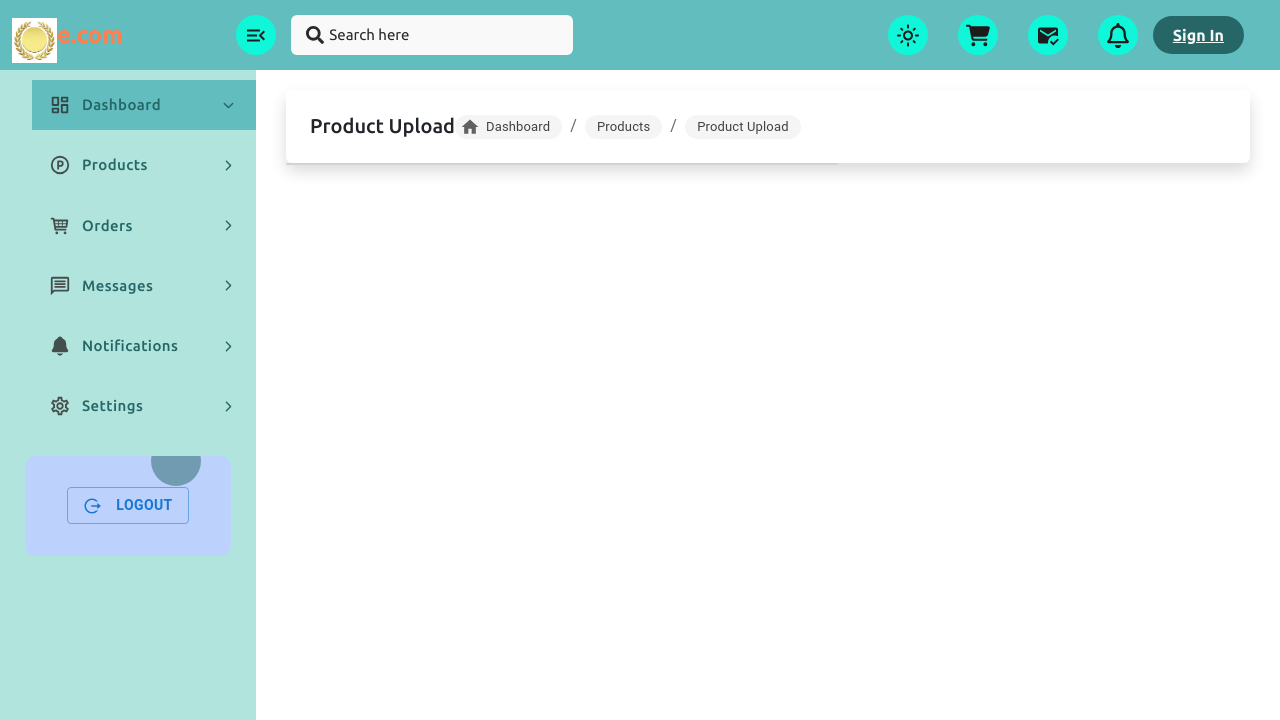
Repository: gautamsonam011/admin-react-dashboard
Page: /product/upload
An editor plug-in stored every save of this project. The page is shown before and after the next save, followed by the edit.
The browser window is 1280 px wide. The pictures show the whole page.
The project was rebuilt for these pictures with package versions that can differ from the ones it lists, and the page was loaded fresh each time. Also part of the build but not shown: src/components/DashboardBox.jsx, src/pages/Dashboard/Dashboard.jsx, src/pages/Login/index.jsx, src/pages/SignUp/index.jsx, src/pages/ProductDetails/index.jsx.

Above is the page before, as saved 2025-04-29 22:45:42.

### src/App.css
@import url('https://fonts.googleapis.com/css2?family=Ubuntu:ital,wght@0,300;0,400;0,500;0,700;1,300;1,400;1,500;1,700&display=swap');

body{
  font-family: "Ubuntu", sans-serif !important;
  background-color: #f4f8f7;

}
body.dark{background: #071739 !important;}

header{
  width:100%;
  height: 70px;
  background-color:#62bebe;
  position: fixed;
  top:0px;
  left:0px;
  z-index: 1000;
}
header .logo{
  text-decoration: none;
}
header .logo img{
  margin-top: 10px;
  width:45px;

}

header .logo span{
color: coral;
font-weight: bolder;
font-size: 24px;
}
body.dark header{background:#112143;}

header button.rounded-circle{min-width:40px !important; width:40px !important; height: 40px !important; background-color:#0ff7d8 !important; margin: 15px;}
header button.rounded-circle svg{color:rgb(29, 27, 27); font-size: 25px !important; transition: all 0.2s ease-in-out;}
header button.rounded-circle:hover svg{color: #2585d4 !important;}
.searchBox{width:400px; height: 40px; background-color:#faf9f9; border-radius: 6px;padding: 3px 15px;}
.searchBox input{background: transparent;border:0px; outline:none; padding-left: 5px; font-size: 15px; color:#292929}
.searchBox input::-webkit-input-placeholder{color:#292929}
.searchBox svg{font-size: 18px; color:#292929 ;}
body.dark .searchBox{background: #0d224e !important;}
body.dark .searchBox input, body.dark .searchBox input::-webkit-input-placeholder{color: #c9c0c0 !important;}
body.dark header .logo span{color:#fff !important; opacity: 0.8;}

.userImg{display: flex; align-items:center; justify-content: center; overflow: hidden; width:40px; height: 40px; border:1px solid #0ff7d8; padding: 2px; border-radius: 100%;}
.userImg .rounded-circle{display: flex; align-items:center; justify-content: center; overflow: hidden; width: 40px; height: 40px; cursor: pointer; position: relative;}
.userImg .rounded-circle .img{object-fit: cover; width: 100%;}
.userInfo{padding-left: 10px;}
.userInfo h5{font-size: 15px; font-weight: 600; margin-bottom:0px; color: #266666;}

body.dark .myAccount .userInfo *{color: rgba(255, 255, 255, 0.8) !important;}
body.dark .MuiPaper-elevation{background: #12254e !important;}
body.dark .MuiPaper-elevation li *{color: rgba(255, 255, 255, 0.8) !important;}
body.dark .dropdown_list li.MuiButtonBase-root{background-color: #12254e !important; background: #12254e !important;}
body.dark .orders{color: rgba(255, 255, 255, 0.8) !important;}
body.dark #account-menu{color: rgba(255, 255, 255, 0.8) !important;}
body.dark .main .sidebarWrapper .sidebar{background: #112143 !important;}
body.dark .main .sidebarWrapper .sidebar ul li button{color:rgba(255, 255, 255, 0.8) !important}
body.dark .main .sidebarWrapper .sidebar ul li button .icon svg{color:rgba(255, 255, 255, 0.8) !important;}
body.dark .main .sidebar ul li button:hover{background: rgba(255, 255, 255, 0.8) !important;}
#account-menu li{font-size: 14px !important;}
#account-menu li svg{font-size: 20px !important}

.dropdown-info{padding-left: 6px;}
.dropdown-info h4{font-size: 15px; font-weight:600;margin-top: 2px; white-space: break-space; line-height: 21px;}
.dropdown-info p{font-size: 10px; color: #2585d4;}

body.dark header button.rounded-circle{background: #12254e !important;}
body.dark header button.rounded-circle svg{color:#fff !important;}
/* Style for sidebar  */

.main .sidebarWrapper{width: 20%; flex: 0 0 20%; transition: all 0.3s ease-in-out;}
.main .sidebarWrapper.toggle{width: 0%; flex: 0 0 0%;}
.btn-signin{padding: 7px 20px !important; background:#266666 !important; color: #f4f8f7 !important; font-weight: bold !important; border-radius:20px !important;}
.main .sidebarWrapper .sidebar{width:20%; height: 100vh; max-height: calc(100%-70px); position:fixed; top: 70px; left:0px; background:#b1e4dd; overflow-y: scroll; overflow-x: hidden; padding-bottom: 40px; transition: all 0.3s ease-in-out;}
.main .sidebarWrapper.toggle .sidebar{left:-100%;}

.main .sidebarWrapper .sidebar::-webkit-scrollbar-thumb{background: transparent !important; width:3px;}
.main .sidebarWrapper:hover .sidebar::-webkit-scrollbar{ background:#2585d4; width:3px;}
.main .sidebarWrapper .sidebar ul{margin-bottom:0px;}
.main .sidebarWrapper .sidebar ul li{list-style: none; margin-top:10px;}
.main .sidebarWrapper .sidebar ul li button{color:#266666; text-align: left; justify-content: left; border-radius:0px !important; padding: 12px 15px !important;
  align-items: center; text-transform: capitalize !important;font-family: "Ubuntu", sans-serif !important;
  margin-left: 0px; font-size: 15px !important;
}
.main .sidebarWrapper .sidebar ul li button .icon{display: flex; align-items:center; justify-content: center; width:25px; height:25px; margin-right: 10px;}
.main .sidebarWrapper .sidebar ul li button .icon svg{color:#292929; opacity: 0.8; font-size: 22px;}
.main .sidebarWrapper .sidebar ul li button .arrow{margin-left: auto; display: flex; align-items: center; justify-content: center; width: 25px; transition: all 0.3s ease-in-out}
.main .sidebarWrapper .sidebar ul li button:hover{background:#62bebe !important;}
.main .sidebarWrapper .sidebar ul li button.active{background: #62bebe !important;}
.main .sidebarWrapper .sidebar ul li button.active .arrow{transform: rotate(90deg);}

.main .sidebarWrapper .sidebar ul .submenu{padding: 0px 45px; position:relative; height:auto;}
.main .sidebarWrapper .sidebar ul .submenu::before{content:''; width:1px; height: 95%; position: absolute; top:0px; left:25px; background:rgba(0, 0, 0, 0.1);}
body.dark .main .sidebarWrapper .sidebar ul .submenu::before{color:rgba(255, 255, 255, 0.2) !important}

.main .sidebarWrapper .sidebar ul .submenu li{width:100%; list-style: none;}
.main .sidebarWrapper .sidebar ul .submenu li a{color:#266666 !important; text-decoration: none; font-family: "Ubuntu", sans-serif !important;
display: block; padding: 6px 0px; font-size: 14px !important; font-weight: 500; transition:all 0.3s}
.main .sidebarWrapper .sidebar ul .submenu li a:hover{color:#2585d4 !important;}
body.dark .main .sidebarWrapper .sidebar ul .submenu li a:hover{color:#2585d4 !important;}
body.dark .main .sidebarWrapper .sidebar ul .submenu li a{color: rgba(255, 255, 255, 0.8) !important;}
.main .sidebarWrapper .sidebar ul .submenuWrapper{transition:all 0.3s ease-in-out; height: 0px; overflow: hidden; }
.main .sidebarWrapper .sidebar ul .submenuWrapper.colapsed .submenu{opacity:0;}

.main .sidebarWrapper .sidebar ul .submenuWrapper.colapse{height:auto; overflow: inherit;}
.main .sidebarWrapper .sidebar ul .submenuWrapper.colapse .submenu{opacity:1; height:auto;}

.logoutWrapper{padding: 0px 25px;}
.logoutWrapper .logoutBox{width:100%; height:100px; padding: 25px; background:#bcd2fd; border-radius:10px; margin-bottom:20px; display:flex; align-items: center; justify-content: center;
position:relative; overflow:hidden;}
.logoutWrapper .logoutBox::before{content:''; width:50px; height:50px; background:#266666; border-radius: 100%; position:absolute; top: -20px; right: 30px; opacity:0.5}
.logoutWrapper .logoutBox::after{content:''; width:30px; height:30px; background:#266666; border-radius: 100%; position:absolute; top: -30px; left: 30px; opacity:0.5}
.logoutWrapper .logoutBox button{font-size:14px !important; font-weight: 600 !important; }
.logoutWrapper .logoutBox button svg{margin-right: 15px; font-size:18px;}

body.dark .logoutWrapper .logoutBox{background-image: linear-gradient(#183e8c, #163474) !important; background: transparent;}

.main .content{width:80%; flex: 0 0 80%; transition: all 0.3s ease-in-out;}
.main .content.toggle{width:100%; flex: 0 0 100%;}

.dashboardBoxWrapperRow{margin-left: 20%;}
.right-content{padding: 90px 30px;}
.dashboardBoxWrapper{gap: 15px; width:100%; flex-wrap: wrap;}
.dashboardBoxWrapper .dashboardBox{width:48%; height: 170px; border-radius:10px; overflow: hidden; padding:20px; display: flex; flex-direction: column; justify-content: space-around; text-align: left !important; justify-content: flex-start;}
.dashboardBoxWrapperRow .box{width:100%; height: 100%; background:#0ff7d8;}

.dashboardBoxWrapper .dashboardBox .col1 h4{font-size: 20px; font-weight: 600;}
.dashboardBoxWrapper .dashboardBox .col1 span{font-size: 40px; font-weight: bold;}
.dashboardBoxWrapper .dashboardBox .icon { margin-left: 180px; display: flex; align-items:center; justify-content: center; width:45px; height: 45px; border-radius:5px; background-image: linear-gradient(to bottom right, rgba(0, 0, 0, 0), rgba(0, 0, 0, 0.2));}
.dashboardBoxWrapper .dashboardBox .icon svg{font-size: 45px; opacity: 0.1; color:#f4f8f7}

.dashboardBoxWrapper .dashboardBox button.toggleIcon {font-size: 22px; color:rgba(0,0,0,0.5); cursor: pointer; min-width: 40px !important; width: 40px !important; height: 40px !important; border-radius: 50% !important; margin-left: 170px; border-right: none; opacity: 0.3;}

.dashboardBoxWrapperRow .dashboardBoxWrapper .dashboardBox .chart{position:absolute; opacity: 0.1;}
.dashboardBoxWrapperRow .dashboardBoxWrapper .dashboardBox .chart svg{font-size: 150px; color: #000;}

/*  style for Login page */

.loginSection{
  width: 100%; height: 120hv; padding: 35px 25px;
  background:#f4f8f7; position: relative;
}
.loginbgimage{width:100%; height: 100%; opacity: 0.4; position: fixed; top: 0; left: 0; z-index: 99; pointer-events: none;}
.loginSection .loginBox{width: 400px; height: auto; margin: auto;}
.loginSection .loginBox .wrapper{width:100%; height: auto; background: #98becf;}
.full{max-width: 100% !important; flex: 0 0 100% !important; width: 100% !important;}
.loginSection .loginBox .wrapper .form-control{box-shadow: none !important; outline: none !important; padding-left: 40px;}
.loginSection .loginBox .wrapper .form-control:focus{border: 1px solid #0858f7 !important;}
.loginSection .loginBox .wrapper .form-group .icon{position: absolute; top: 6px; left: 15px; z-index: 100;}
.loginSection .loginBox .wrapper .form-group.focus .icon svg{color:#0858f7 !important;}
.loginSection .loginBox .wrapper .form-group .icon svg{color:#5e5d72;}
.toggleShowPassword{position: absolute; top: 5px; right: 10px; cursor: pointer;}
.toggleShowPassword svg{font-size: 22px;}
.btn-big{padding: 8px 25px !important; background:#0858f7 !important; color:#b1e4dd !important; font-size: 16px !important;}
.forgotPassword{color: #5e5d72; text-decoration: none;}
.forgotPassword:hover{color:#0858f7 !important;}
.loginSection .loginBox .wrapper .link{font-size: 14px;}
.loginSection .loginBox .wrapper .or span.line{display: block; width: 35%; height: 1px; background: rgba(0, 0, 0, 0.2);}
.loginSection .loginBox .wrapper .or span.txt{display: flex; align-items: center; justify-content: center; font-size: 16px; font-weight: 600; width: 50px; height: 50px; border: 1px solid rgba(0, 0, 0, 0.2); border-radius: 50%;}
.loginSection .loginBox .wrapper .form-group{margin-bottom: 12px;}
.loginwithGoogle{text-transform: capitalize !important; font-weight: bold !important;}
/* Registration Form */
.signupSection{background: #f1f1f1 !important; padding: 0px 0px; height: auto !important;}
.signupSection .loginBox{background: #f0f0f0 !important; position:relative; z-index: 100; width:100% !important; padding: 5px 25px !important;}
.signupSection .loginBox .wrapper{border: 0px !important; background: transparent !important; padding-top: 10px !important;}
.signupSection .part1{padding-left: 100px; margin-top: 150px !important; padding-right: 100px; }

h1, h2, h3, h4, h5, h6, p{color:#403e57;}
.signupSection .part1 h1{font-size: 40px; font-weight: bolder;}
.signupSection .part1 p{ font-size: 18px; font-weight: 600;}

### src/components/Sidebar/index.jsx
import Button from '@mui/material/Button';
import { RiDashboardLine } from "react-icons/ri";
import { IoIosArrowForward } from "react-icons/io";
import { TbBrandProducthunt } from "react-icons/tb";
import { TiShoppingCart } from "react-icons/ti";
import { MdOutlineMessage } from "react-icons/md";
import { IoNotifications } from "react-icons/io5";
import { MdOutlineSettings } from "react-icons/md";
import { Link } from 'react-router-dom';
import React, { useState} from "react";
import { RiLogoutCircleRLine } from "react-icons/ri";
// import { MyContext } from '../../App';

const Sidebar = () =>{
    const [activeTab, setActiveTab] = useState(0);
    const [isToggleSubmenu, setIsToggleSubmenu] = useState(false);

    // const context = useContext(MyContext);

    const isOpenSubmenu = (index) =>{
        setActiveTab(index);
        setIsToggleSubmenu(!isToggleSubmenu);


    }

    return(
        <div className="sidebar">
            <ul>
                <li>
                    <Link to="/">
                    <Button className={`w-100 ${activeTab === 0 ? 'active' : ''}`} onClick={()=>isOpenSubmenu(0)}>
                        <span className='icon'><RiDashboardLine/></span>
                        Dashboard
                        <span className="arrow"><IoIosArrowForward/></span>
                    </Button>
                    </Link>
                </li>
                <li>
                    <Button className={`w-100 ${activeTab === 1 && isToggleSubmenu===true ?  'active' : ''}`} onClick={()=>isOpenSubmenu(1)}>
                        <span className='icon'><TbBrandProducthunt/></span>
                        Products
                        <span className="arrow"><IoIosArrowForward/></span>
                    </Button>
                    <div className={`submenuWrapper ${activeTab===1 && isToggleSubmenu===true ? 'colapse':'colapsed'}`}>
                    <ul className='submenu'>
                        <li><Link to="/product/upload">Product Add</Link></li>
                        <li><Link to="#">Product List</Link></li>
                        <li><Link to="#">Product View</Link></li>
                    </ul>
                    </div>
                </li>
                <li>
                    <Link to="/">
                    <Button className={`w-100 ${activeTab === 2 ? 'active' : ''}`} onClick={()=>isOpenSubmenu(2)}>
                        <span className='icon'><TiShoppingCart/></span>
                        Orders
                        <span className="arrow"><IoIosArrowForward/></span>
                    </Button>
                    </Link>
                </li>
                <li>
                    <Link to="/">
                    <Button className={`w-100 ${activeTab === 3 ? 'active' : ''}`} onClick={()=>isOpenSubmenu(3)}>
                        <span className='icon'><MdOutlineMessage/></span>
                        Messages
                        <span className="arrow"><IoIosArrowForward/></span>
                    </Button>
                    </Link>
                </li>
                <li>
                    <Link to="/">
                    <Button className={`w-100 ${activeTab === 4 ? 'active' : ''}`} onClick={()=>isOpenSubmenu(4)}>
                        <span className='icon'><IoNotifications/></span>
                        Notifications
                        <span className="arrow"><IoIosArrowForward/></span>
                    </Button>
                    </Link>
                </li>
                <li>
                    <Link to="/">
                    <Button className={`w-100 ${activeTab === 5 ? 'active' : ''}`} onClick={()=>isOpenSubmenu(5)}>
                        <span className='icon'><MdOutlineSettings /></span>
                        Settings
                        <span className="arrow"><IoIosArrowForward/></span>
                    </Button>
                    </Link>
                </li>
            </ul>
            <br/>
            <div className="logoutWrapper">
                <div className="logoutBox">
            <Button variant="outlined"> <RiLogoutCircleRLine/>Logout</Button>
            </div>
            </div>
        </div>
    )
}

export default Sidebar

### src/pages/ProductUpload/index.jsx
import { Breadcrumbs } from "@mui/material"
import HomeIcon from '@mui/icons-material/Home';
import ExpandMoreIcon from '@mui/icons-material/ExpandMore';
import StyledBreadcrumb from '../../components/StyledBreadcrumb';

const ProductUpload = () =>{

    return (
        <div className="right-content w-100">
            <div className="card shadow border-0 w-100 flex-row p-4">
                <h5 className="mb-0">Product Upload</h5>
                <Breadcrumbs aria-label="breadcrumb" className="ml-auto breadcrumbs_">
                <StyledBreadcrumb
                component="a"
                href="#"
                label="Dashboard"
                icon={<HomeIcon fontSize="small" />}
                />
                <StyledBreadcrumb
                    component="a"
                    label="Products"
                    href="#"
                    deleteIcon={< ExpandMoreIcon/>}
                />
                <StyledBreadcrumb
                    label="Product Upload"
                    deleteIcon={<ExpandMoreIcon/>}
                 />
                </Breadcrumbs>

            </div>

            <div className="row">
                <div className="col-sm-7">
                    <div className="card">

                    </div>
                </div>
                <div className="col-sm-5">

                </div>
            </div>

        </div>
    )
}

export default ProductUpload;

### src/components/SearchBox.jsx
import { FaSearch } from "react-icons/fa";

const SearchBox = () =>{
    return (
        <div className="searchBox position-relative d-flex align-items-center">
            <FaSearch className="mr-2" />
            <input type="text" placeholder="Search here"  />
        </div>
    )
}

export default SearchBox;

### src/components/StyledBreadcrumb.jsx
// components/StyledBreadcrumb.js
import React from 'react';
import { styled } from '@mui/material/styles';
import Chip from '@mui/material/Chip';

const StyledBreadcrumb = styled(Chip)(({ theme }) => ({
  backgroundColor: theme.palette.grey[100],
  height: theme.spacing(3),
  color: theme.palette.grey[800],
  fontWeight: theme.typography.fontWeightRegular,
  '&:hover, &:focus': {
    backgroundColor: theme.palette.grey[300],
  },
  '&:active': {
    boxShadow: theme.shadows[1],
    backgroundColor: theme.palette.grey[400],
  },
}));

export default StyledBreadcrumb;

Loaded but not shown: public/index.html (common file); src/index.js (common file); src/reportWebVitals.js (common file); src/App.js (84 lines, source omitted); src/components/Header/index.jsx (239 lines, source omitted)

After the next save:
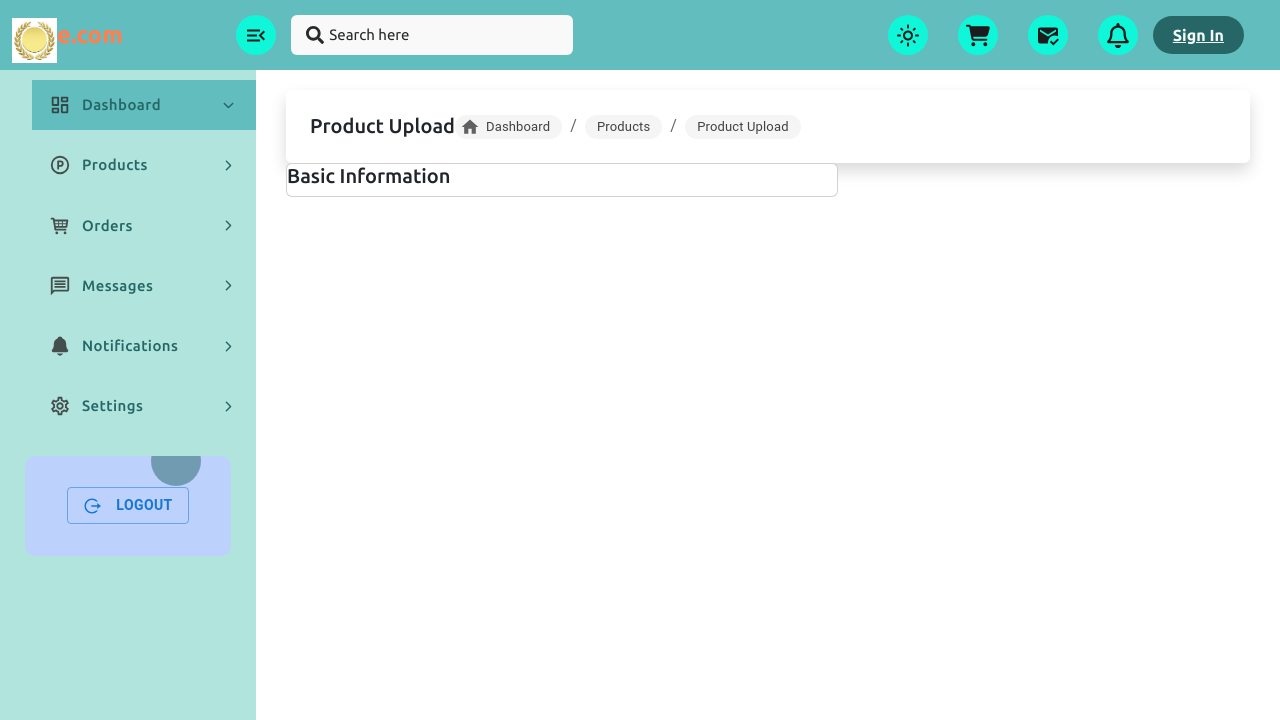
Saved 25 s later.
--- a/src/pages/ProductUpload/index.jsx
+++ b/src/pages/ProductUpload/index.jsx
@@ -33,6 +33,7 @@ const ProductUpload = () =>{
             <div className="row">
                 <div className="col-sm-7">
                     <div className="card">
+                        <h5>Basic Information</h5>
 
                     </div>
                 </div>
